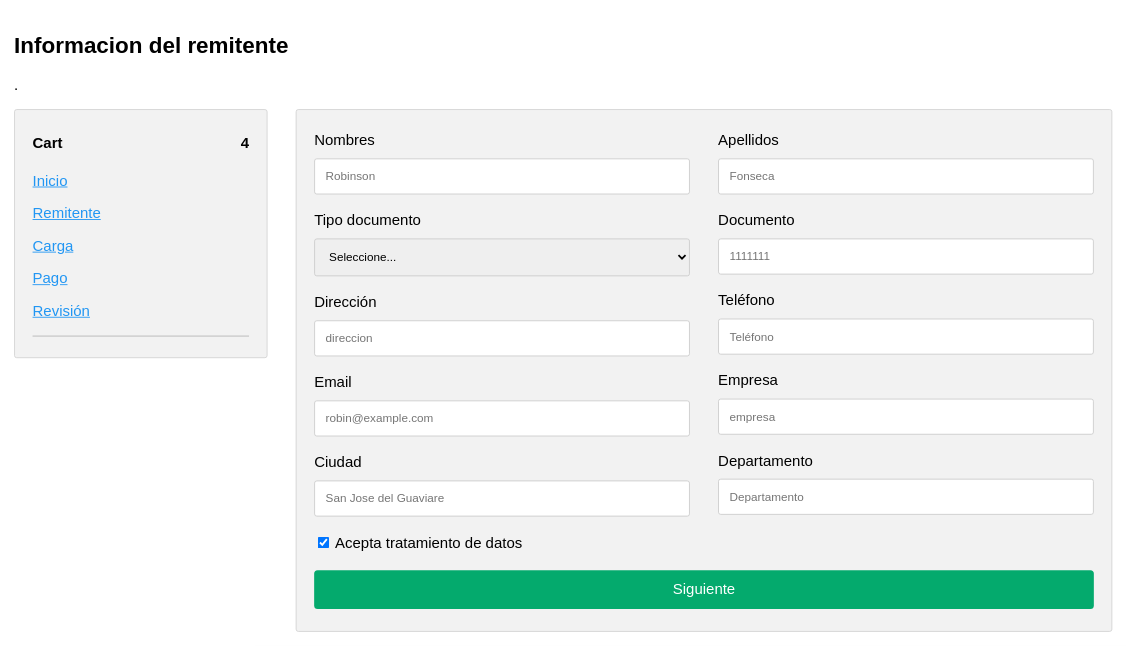
Repository: SennovaFluvial/Trasnfluvial
Page: appFluvial/templates/card1.html
The author's editor kept a copy of each file at every save. The page is drawn from the files as they stood at one save, then again after the next save.
The browser window is 1280 px wide. The pictures show the whole page, at 88% of full size.
The template is drawn by Django 3.2. The application's start-up code is not run. Other server files are loaded and not shown. The template is opened directly, without the code that normally fills it, so the values that code supplies are empty.

Above is the page before, as saved 2023-10-18 21:38:07.

### appFluvial/templates/card1.html
<!DOCTYPE html>
<html>
<head>
<meta name="viewport" content="width=device-width, initial-scale=1">
<!--link rel="stylesheet" href="https://cdnjs.cloudflare.com/ajax/libs/font-awesome/4.7.0/css/font-awesome.min.css"-->
<style>
body {
  font-family: Arial;
  font-size: 17px;
  padding: 8px;
}

* {
  box-sizing: border-box;
}

.row {
  display: -ms-flexbox; /* IE10 */
  display: flex;
  -ms-flex-wrap: wrap; /* IE10 */
  flex-wrap: wrap;
  margin: 0 -16px;
}

.col-25 {
  -ms-flex: 25%; /* IE10 */
  flex: 25%;
}

.col-50 {
  -ms-flex: 50%; /* IE10 */
  flex: 50%;
}

.col-75 {
  -ms-flex: 75%; /* IE10 */
  flex: 75%;
}

.col-25,
.col-50,
.col-75 {
  padding: 0 16px;
}

.container {
  background-color: #f2f2f2;
  padding: 5px 20px 15px 20px;
  border: 1px solid lightgrey;
  border-radius: 3px;
}

input[type=text], select {
  width: 100%;
  margin-bottom: 20px;
  padding: 12px;
  border: 1px solid #ccc;
  border-radius: 3px;
}

input[type=submit] {
  background-color: #04AA6D;
  color: white;
  padding: 12px 20px;
  border: none;
  border-radius: 4px;
  cursor: pointer;
}

input[type=submit]:hover {
  background-color: #45a049;
}

label {
  margin-bottom: 10px;
  display: block;
}

.icon-container {
  margin-bottom: 20px;
  padding: 7px 0;
  font-size: 24px;
}

.btn {
  background-color: #04AA6D;
  color: white;
  padding: 12px;
  margin: 10px 0;
  border: none;
  width: 100%;
  border-radius: 3px;
  cursor: pointer;
  font-size: 17px;
}

.btn:hover {
  background-color: #45a049;
}

a {
  color: #2196F3;
}

hr {
  border: 1px solid lightgrey;
}

span.price {
  float: right;
  color: grey;
}

/* Responsive layout - when the screen is less than 800px wide, make the two columns stack on top of each other instead of next to each other (also change the direction - make the "cart" column go on top) */
@media (max-width: 800px) {
  .row {
    flex-direction: column-reverse;
  }
  .col-25 {
    margin-bottom: 20px;
  }
}
</style>

</head>
<body>

<h2>Informacion del remitente</h2>
<p>.</p>
<div class="row">

  <div class="col-25">
    <div class="container">
      <h4>Cart <span class="price" style="color:black"><i class="fa fa-shopping-cart"></i> <b>4</b></span></h4>
      <p><a href="../">Inicio</a> <span class="price"> </span></p>
      <p><a href="../card/1/remitente">Remitente</a> <span class="price">  </span></p>
      <p><a href="../card/2/carga">Carga</a> <span class="price"> </span></p>
      <p><a href="../card/3/pago">Pago</a> <span class="price"> </span></p>
      <p><a href="../card/1/revision">Revisión</a> <span class="price"> </span></p>
      <hr>
      <!--p>Total <span class="price" style="color:black"><b>$30</b></span></p-->
    </div>
  </div>


  <div class="col-75">
    <div class="container">
      <form action="/action_page.php">

        <div class="row">
          <div class="col-50">
            <h3>  </h3>
            <label for="fname"><i class="fa fa-user"></i> Nombres</label>
            <input type="text" id="fname" name="firstname" placeholder="Robinson">
            <div class="col-md-5 mb-3">
                <label for="tipodocumento">Tipo documento</label>
                <select class="custom-select d-block w-100" id="tipodocumento" required="">
                  <option value="">Seleccione...</option>
                  <option>CC</option>
                  <option>CE</option>
                  <option>Pasaporte</option>
                </select>
            </div>

            <!--label for="country">Country</label>
            <select id="country" name="country">
              <option value="australia">Australia</option>
              <option value="canada">Canada</option>
              <option value="usa">USA</option>
            </select-->

            <label for="adr"><i class="fa fa-address-card-o"></i> Dirección</label>
            <input type="text" id="adr" name="address" placeholder="direccion">
            <label for="email"><i class="fa fa-envelope"></i> Email</label>
            <input type="text" id="email" name="email" placeholder="robin@example.com">
            <label for="city"><i class="fa fa-institution"></i> Ciudad</label>
            <input type="text" id="city" name="city" placeholder="San Jose del Guaviare">

            <!--div class="row">
              <div class="col-50">
                <label for="state">State</label>
                <input type="text" id="state" name="state" placeholder="NY">
              </div>
              <div class="col-50">
                <label for="zip">Zip</label>
                <input type="text" id="zip" name="zip" placeholder="10001">
              </div>
            </div-->
          </div>

          <div class="col-50">
            <h3>  </h3>
            <label for="apellidos">Apellidos</label>
            <input type="text" id="apellidos" name="apellidos" placeholder="Fonseca">
            <label for="documento">Documento</label>
            <input type="text" id="documento" name="documento" placeholder="1111111">
            <label for="telefono">Teléfono</label>
            <input type="text" id="telefono" name="telefono" placeholder="Teléfono">
            <label for="empresa">Empresa</label>
            <input type="text" id="empresa" name="empresa" placeholder="empresa">
            <label for="dep">Departamento</label>
            <input type="text" id="dep" name="departamento" placeholder="Departamento">
            <!--div class="row">
              <div class="col-50">
                <label for="expyear">Exp Year</label>
                <input type="text" id="expyear" name="expyear" placeholder="2018">
              </div>
              <div class="col-50">
                <label for="cvv">CVV</label>
                <input type="text" id="cvv" name="cvv" placeholder="352">
              </div>
            </div-->
          </div>

        </div>
        <label>
          <input type="checkbox" checked="checked" name="sameadr"> Acepta tratamiento de datos
        </label>
        <input type="submit" value="Siguiente" class="btn small">
      </form>
    </div>
  </div>
  <!--div class="col-25">
    <div class="container">
      <h4>Cart <span class="price" style="color:black"><i class="fa fa-shopping-cart"></i> <b>4</b></span></h4>
      <p><a href="#">Product 1</a> <span class="price">$15</span></p>
      <p><a href="#">Product 2</a> <span class="price">$5</span></p>
      <p><a href="#">Product 3</a> <span class="price">$8</span></p>
      <p><a href="#">Product 4</a> <span class="price">$2</span></p>
      <hr>
      <p>Total <span class="price" style="color:black"><b>$30</b></span></p>
    </div>
  </div-->
</div>

</body>
</html>

After the next save:
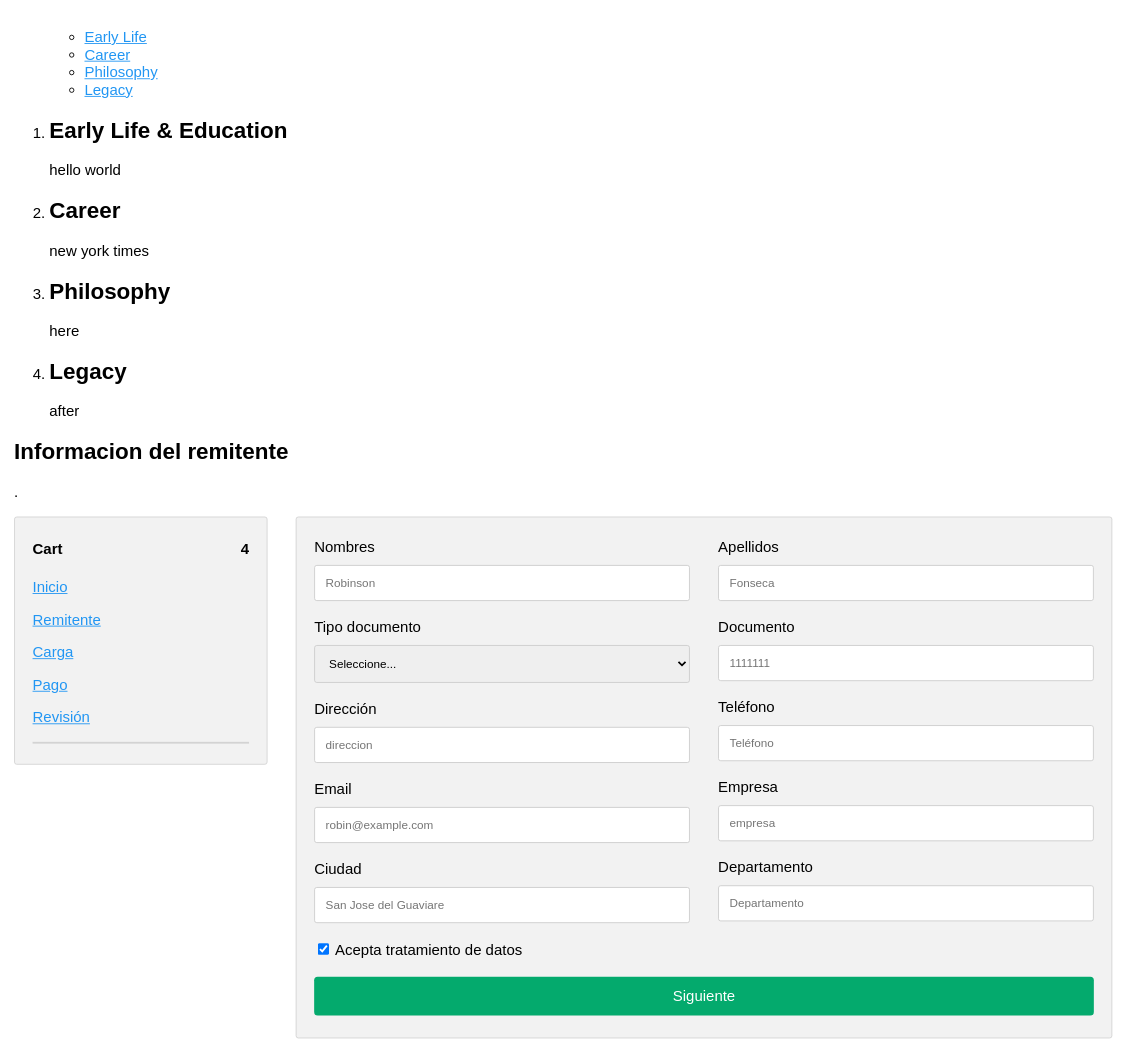
Saved 5 min 51 s later.
--- a/appFluvial/templates/card1.html
+++ b/appFluvial/templates/card1.html
@@ -124,7 +124,50 @@
 
 </head>
 <body>
-
+  <div class="timeline">
+    <div class="events">
+      <ol>
+        <ul>
+          <li>
+            <a href="#0" class="selected">Early Life</a>
+          </li>
+          <li>
+            <a href="#1">Career</a>
+          </li>
+          <li>
+            <a href="#2">Philosophy</a>
+          </li>
+          <li>
+            <a href="#3">Legacy</a>
+          </li>
+        </ul>
+      </ol>
+    </div>
+  </div>
+
+  <div class="events-content">
+    <ol>
+      <li id="0" class="selected">
+        <h2>Early Life &amp; Education</h2>
+        <p>hello world</p>
+      </li>
+
+      <li id="1">
+        <h2>Career</h2>
+        <p>new york times</p>
+      </li>
+
+      <li id="2">
+        <h2>Philosophy</h2>
+        <p>here</p>
+      </li>
+
+      <li id="3">
+        <h2>Legacy</h2>
+        <p>after</p>
+      </li>
+    </ol>
+  </div>
 <h2>Informacion del remitente</h2>
 <p>.</p>
 <div class="row">
@@ -162,13 +205,6 @@
                 </select>
             </div>
 
-            <!--label for="country">Country</label>
-            <select id="country" name="country">
-              <option value="australia">Australia</option>
-              <option value="canada">Canada</option>
-              <option value="usa">USA</option>
-            </select-->
-
             <label for="adr"><i class="fa fa-address-card-o"></i> Dirección</label>
             <input type="text" id="adr" name="address" placeholder="direccion">
             <label for="email"><i class="fa fa-envelope"></i> Email</label>
@@ -176,16 +212,6 @@
             <label for="city"><i class="fa fa-institution"></i> Ciudad</label>
             <input type="text" id="city" name="city" placeholder="San Jose del Guaviare">
 
-            <!--div class="row">
-              <div class="col-50">
-                <label for="state">State</label>
-                <input type="text" id="state" name="state" placeholder="NY">
-              </div>
-              <div class="col-50">
-                <label for="zip">Zip</label>
-                <input type="text" id="zip" name="zip" placeholder="10001">
-              </div>
-            </div-->
           </div>
 
           <div class="col-50">

After the save that followed:
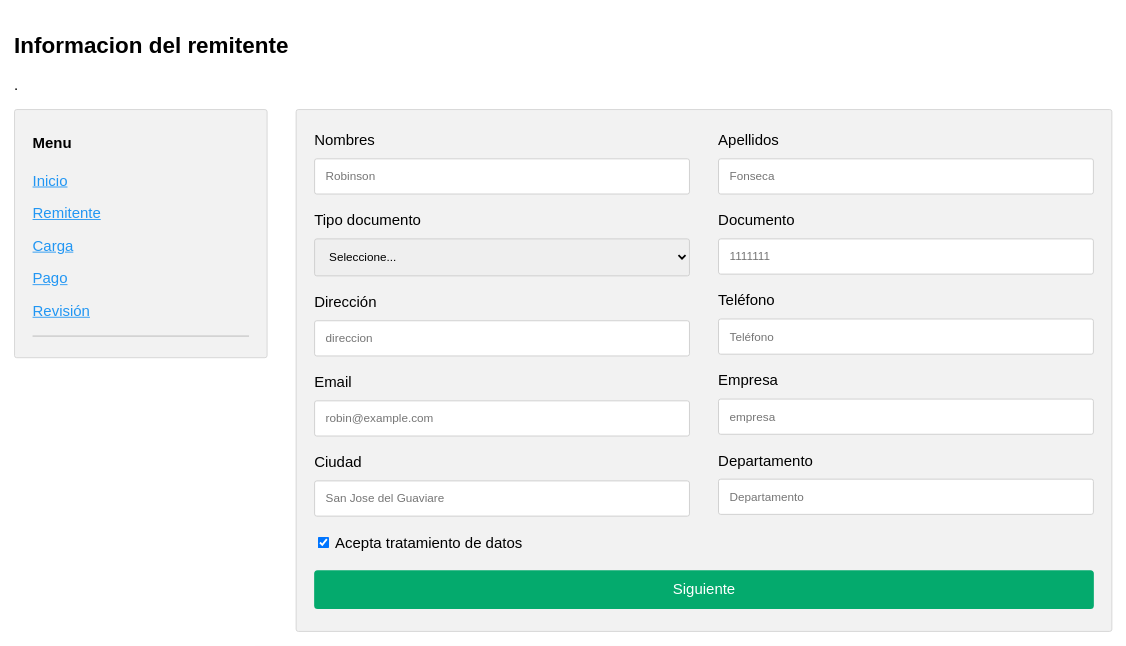
Saved 47 s later.
--- a/appFluvial/templates/card1.html
+++ b/appFluvial/templates/card1.html
@@ -124,57 +124,15 @@
 
 </head>
 <body>
-  <div class="timeline">
-    <div class="events">
-      <ol>
-        <ul>
-          <li>
-            <a href="#0" class="selected">Early Life</a>
-          </li>
-          <li>
-            <a href="#1">Career</a>
-          </li>
-          <li>
-            <a href="#2">Philosophy</a>
-          </li>
-          <li>
-            <a href="#3">Legacy</a>
-          </li>
-        </ul>
-      </ol>
-    </div>
-  </div>
-
-  <div class="events-content">
-    <ol>
-      <li id="0" class="selected">
-        <h2>Early Life &amp; Education</h2>
-        <p>hello world</p>
-      </li>
-
-      <li id="1">
-        <h2>Career</h2>
-        <p>new york times</p>
-      </li>
-
-      <li id="2">
-        <h2>Philosophy</h2>
-        <p>here</p>
-      </li>
-
-      <li id="3">
-        <h2>Legacy</h2>
-        <p>after</p>
-      </li>
-    </ol>
-  </div>
+
 <h2>Informacion del remitente</h2>
 <p>.</p>
 <div class="row">
 
   <div class="col-25">
+
     <div class="container">
-      <h4>Cart <span class="price" style="color:black"><i class="fa fa-shopping-cart"></i> <b>4</b></span></h4>
+      <h4>Menu <span class="price" style="color:black"><i class="fa fa-shopping-cart"></i> <b></b></span></h4>
       <p><a href="../">Inicio</a> <span class="price"> </span></p>
       <p><a href="../card/1/remitente">Remitente</a> <span class="price">  </span></p>
       <p><a href="../card/2/carga">Carga</a> <span class="price"> </span></p>
